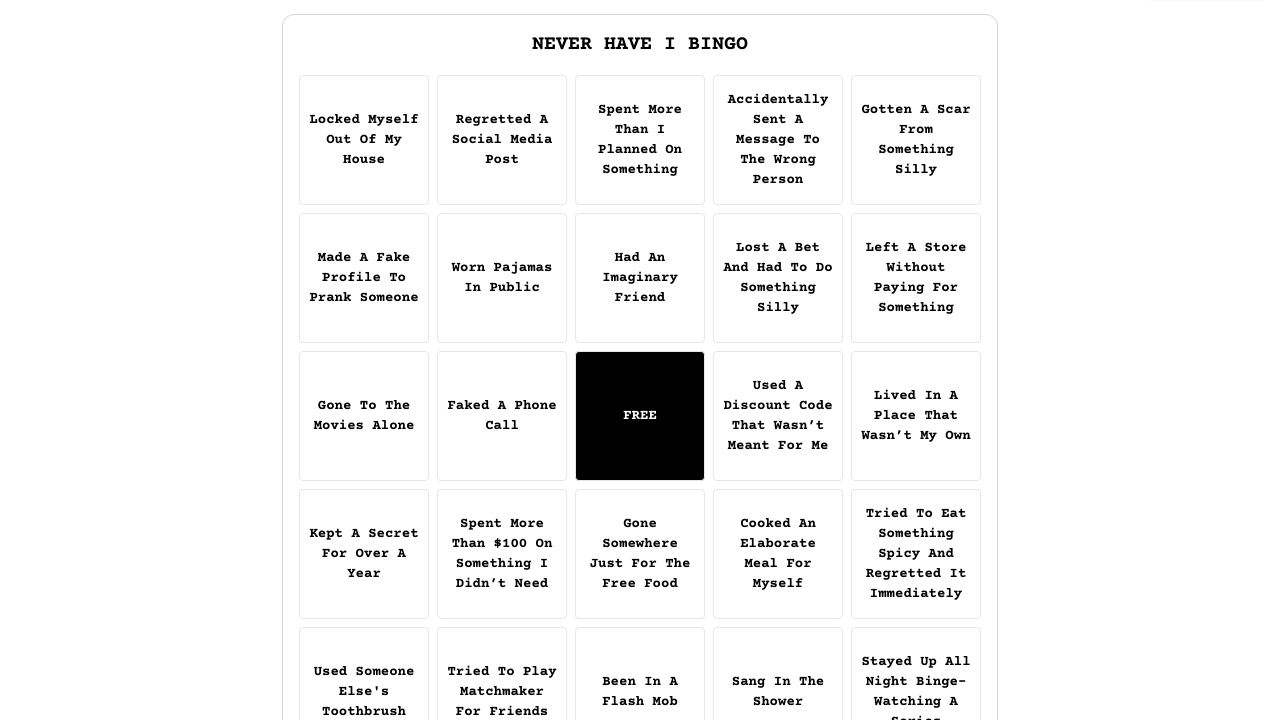
Repository: Jeysmeister/sensoryminds-bingo
Page: /
These files come from the project's save history. The page is drawn as it stood at one moment and after the next save; the edit follows.
The browser window is 1280 px wide. The pictures show the whole page.
The project was rebuilt for these pictures with package versions that can differ from the ones it lists, and the page was loaded fresh each time. The framework's server and built-in components were replaced by stand-ins that run in the browser. Also part of the build but not shown: next.config.ts.

Above is the page before, as saved 2024-11-12 18:08:11.

### app/layout.tsx
import type { Metadata } from "next";
import { Courier_Prime } from "next/font/google";
import "./globals.css";
import Header from "./components/Header";

export const metadata: Metadata = {
  title: "Never have I BINGO",
  description: "Sensory Minds Front-End Coding Challenge",
};

const courier = Courier_Prime({
  subsets: ["latin"],
  weight: ["400", "700"],
});

export default function RootLayout({
  children,
}: Readonly<{
  children: React.ReactNode;
}>) {
  return (
    <html lang="en">
      <body className={`${courier.className} antialiased`}>{children}</body>
    </html>
  );
}

### app/page.tsx
import { neverHaveIEverQuestions } from "@/data/questions";
import BingoCard from "./components/BingoCard";
import Header from "./components/Header";

export default function Home() {
  const getRandomQuestions = (count: number) => {
    const shuffled = [...neverHaveIEverQuestions].sort(() => 0.5 - Math.random());
    return shuffled.slice(0, count);
  };
  const questions = getRandomQuestions(24);
  return (
    <div className="flex w-screen overflow-hidden">
      {/* <div className="cursor-pointer">
        <div className="w-screen h-screen flex justify-center items-center text-white bg-black flex-col gap-4">
          <div className="text-xl font-bold">Welcome to</div> <div className="text-4xl font-bold">NEVER HAVE I BINGO</div>
          <div className="text-sm">(Click to continue...)</div>
        </div>
      </div> */}
      {/* <div className="cursor-pointer">
        <div className="w-screen h-screen flex justify-center items-center text-white bg-black flex-col gap-4">
          <div className="text-4xl font-extrabold">RULES</div>
          <div className="flex flex-col text-xl font-bold text-left w-[800px]">
            <div>1. Players must decide on the consequence when a player loses.</div>
            <div>2. Players must click on the boxes they've done.</div>
            <div>3. A player loses if they fill a row, column, or diagonal.</div>
            <div>4. All players that loses must do the consequence.</div>
            <div>5. After doing the consequence, players must click the restart button on the top right of the page.</div>
            <div>6. Have Fun!.</div>
          </div>
          <div className="text-sm">(Click to continue...)</div>
        </div>
      </div> */}
      <div className="w-screen h-screen flex flex-col justify-center items-center">
        <Header />
        <BingoCard questions={questions} />
      </div>
    </div>
  );
}

### data/questions.ts
export const neverHaveIEverQuestions = [
  "laughed so hard I snorted",
  "eaten a whole pizza by myself",
  "stayed up all night binge-watching a series",
  "danced in the rain",
  "tried to learn another language just to impress someone",
  "accidentally texted the wrong person",
  "pretended to know a celebrity",
  "had a nightmare about work or school",
  "played a prank on a teacher or boss",
  "gone skinny dipping",
  "gotten lost in an amusement park",
  "been on a blind date",
  "pretended to be on a cooking show while making food",
  "locked myself out of my house",
  "forgotten an important anniversary or birthday",
  "tried a weird food combination that I ended up loving",
  "cried during a movie",
  "played a video game all night",
  "forgotten someone's name right after meeting them",
  "laughed at a joke I didn't get",
  "sung karaoke in public",
  "cried at a wedding",
  "been the last one awake at a sleepover",
  "tried to start a fire without matches or a lighter",
  "accidentally sent a message to the wrong person",
  "made up an excuse to get out of a date",
  "accidentally walked into the wrong restroom",
  "gotten a tattoo I regretted",
  "pretended to like a gift I didn't like",
  "been on a roller coaster",
  "cried during a song",
  "fainted in public",
  "had my phone fall in water",
  "pretended to be sick to skip school or work",
  "done a backflip",
  "lied to my best friend",
  "been scared of clowns",
  "cried at a concert",
  "sang in the shower",
  "had a crush on a teacher",
  "broken a bone",
  "eaten food that was still frozen",
  "gotten stitches",
  "driven a car",
  "ridden a motorcycle",
  "been to a haunted house",
  "been on TV",
  "been afraid of the dark",
  "been stuck in an elevator",
  "lost my wallet",
  "cooked an elaborate meal for myself",
  "accidentally broken a friend's item and didn't tell them",
  "regretted a social media post",
  "missed a flight",
  "forgotten my passport while traveling",
  "made a mess and left it for someone else to clean",
  "skipped school or work for a road trip",
  "written a poem for someone",
  "fallen asleep on public transportation and missed my stop",
  "said 'you too' when a cashier said 'enjoy your meal'",
  "been told I look like a celebrity",
  "stayed up all night talking to someone",
  "gone to a costume party as myself",
  "bought something just for the packaging",
  "tried to do the splits",
  "put something back on the shelf after deciding not to buy it",
  "worn pajamas in public",
  "ordered an item of food just to take a picture of it",
  "walked into a glass door",
  "gone somewhere just for the free food",
  "tried a dance move from a music video",
  "lost something important and found it years later",
  "kept a plant alive for over a year",
  "given a fake name at a coffee shop",
  "forgotten where I parked my car",
  "forgotten my own phone number",
  "sent a text while angry that I regretted later",
  "watched an entire series in a single day",
  "had a song stuck in my head for days",
  "missed an important event because I overslept",
  "gotten sunburned so badly I peeled",
  "tried to ice skate and fallen",
  "been in a flash mob",
  "left a comment on a stranger's social media",
  "gone to the movies alone",
  "pretended to understand something I didn't",
  "stolen something small from a hotel",
  "broken a bone and not realized it immediately",
  "sent an email without proofreading it first",
  "taken a personality quiz online",
  "signed up for something I didn't want just for a freebie",
  "gotten a scar from something silly",
  "apologized to an object after bumping into it",
  "lost track of time while browsing the internet",
  "taken a selfie with a pet",
  "stayed in pajamas all day",
  "been seasick",
  "seen a ghost",
  "tried to play matchmaker for friends",
  "pretended I knew the words to a song",
  "kept a secret for over a year",
  "ate something weird just to prove I could",
  "looked up my own name on the internet",
  "changed my hairstyle on a whim",
  "put salt in coffee or tea by accident",
  "eaten a whole cake by myself",
  "watched a movie and fell asleep halfway through",
  "had an imaginary friend",
  "been to a concert",
  "eaten food that was past its expiration date",
  "accidentally called someone by the wrong name",
  "broken something expensive and blamed it on someone else",
  "spent more than $100 on something I didn’t need",
  "used someone else's toothbrush",
  "tried to eat something spicy and regretted it immediately",
  "posted something embarrassing online",
  "tried to flirt and failed miserably",
  "lied about my age",
  "been on a dating app",
  "used a fake ID",
  "faked being sick to avoid something",
  "lived in a place that wasn’t my own",
  "kept something from my childhood",
  "had a pet that wasn’t a dog or cat",
  "faked a phone call",
  "ate something because it was trendy",
  "thought I was going to die at some point",
  "slept through an alarm",
  "danced in front of a mirror",
  "sang in front of a mirror",
  "had a food fight",
  "tried to become friends with someone just because they were popular",
  "stalked someone on social media",
  "tried to break up with someone but didn’t",
  "had a crush on a fictional character",
  "joined a group just to get discounts",
  "told someone a secret and regretted it",
  "ate something I didn’t like to be polite",
  "cheated on a test",
  "used a burner phone",
  "felt awkward in a social setting",
  "kept a childhood toy",
  "threw a surprise party for someone",
  "accidentally walked into a room full of people while I was on a video call",
  "joined a club to meet new people",
  "went on a blind date",
  "helped a friend cheat on an exam",
  "had a weird pet",
  "forgotten to charge my phone",
  "called in sick to work when I wasn’t",
  "been caught stealing something",
  "tried to take a shortcut that ended up being longer",
  "left a store without paying for something",
  "made a fake profile to prank someone",
  "kept a really embarrassing thing secret from my family",
  "met someone famous",
  "slept through an important meeting",
  "had a crush on a teacher",
  "sang in public",
  "had a bad haircut and didn’t tell anyone",
  "used a dating app without success",
  "snuck into a movie",
  "made a prank phone call",
  "used someone’s Netflix account without permission",
  "went on a vacation alone",
  "used a discount code that wasn’t meant for me",
  "accidentally wore mismatched socks",
  "tried a weird life hack that didn’t work",
  "got scammed online",
  "eaten an entire chocolate bar in one sitting",
  "seen something creepy and didn’t tell anyone",
  "been told to be quiet in a library",
  "been to a theme park with friends",
  "gotten in trouble for something I didn’t do",
  "had a fashion disaster",
  "was a picky eater when I was younger",
  "accidentally liked an old photo on social media",
  "wore sunglasses inside",
  "stayed up late for no reason",
  "had an awkward family gathering",
  "been called out in a public place",
  "tried to impress someone and failed",
  "lost a bet and had to do something silly",
  "said something inappropriate in front of my parents",
  "been to a concert of a band I didn’t like",
  "laughed during a serious moment",
  "tried to sell something I didn’t need",
  "talked to someone only to realize I had met them before",
  "tried to skip a line and got caught",
  "ate food that was not prepared by me",
  "tried to fix something and made it worse",
  "was shocked by something that turned out to be a prank",
  "pretended to be asleep when someone walked in",
  "had a crush on someone for a long time without telling them",
  "spent too much money on coffee",
  "missed a major event because I overslept",
  "sent a message to the wrong person by accident",
  "accidentally made an embarrassing sound in public",
  "looked up how to do something but still couldn’t",
  "tried to impress someone with a talent I didn’t have",
  "tried a food that sounded good but tasted bad",
  "was caught talking to myself in public",
  "made a mess and didn’t clean it up",
  "was caught eavesdropping on a conversation",
  "spent more than I planned on something",
  "told someone I was busy when I wasn’t",
  "went somewhere just for the food",
  "tried to act cool but failed",
  "lost something and then found it in a place I looked earlier",
  "spent an entire day in my pajamas",
  "tried a DIY project and it turned out horrible",
  "pretended to be an expert at something",
  "laughed at a joke I didn’t understand",
  "accidentally sent a text with a typo to my boss",
  "talked to someone for a while only to realize they weren’t who I thought",
  "tried to speak another language and failed",
  "got caught in a lie",
  "accidentally said something inappropriate",
  "pretended to know how to drive but didn’t",
  "lost my phone and found it in the last place I looked",
  "ate something and immediately regretted it",
  "been surprised by a surprise party",
  "sung a song in the car like it was a concert",
  "pretended to be sick to avoid work",
  "had a pet that I wasn’t responsible for",
  "been on a reality TV show",
  "eaten a whole bag of chips in one sitting",
  "watched something on Netflix that was totally embarrassing",
  "forgotten to reply to a message for a week",
  "gotten lost and found my way by asking for directions",
  "been embarrassed by my own joke",
  "told a bad joke that no one laughed at",
  "forgotten my own birthday",
  "failed a simple task",
  "been caught stealing something small",
  "spied on someone without their knowledge",
  "drank coffee at midnight",
  "accidentally sent a selfie to the wrong person",
  "made a huge mistake at work",
  "accidentally dyed my hair a weird color",
  "acted like I knew something but didn’t",
  "forgotten where I put my phone",
  "told a fib that backfired",
  "shared a secret that wasn’t mine to share",
];

### app/components/BingoCard.tsx
"use client";

import { possibleWins } from "@/data/possibleWins";
import { useEffect, useState } from "react";
import BingoItem from "./BingoItem";
import { motion } from "framer-motion";

const container = {
  hidden: { opacity: 1, scale: 0 },
  visible: {
    opacity: 1,
    scale: 1,
    transition: {
      delayChildren: 0.3,
      staggerChildren: 0.2,
    },
  },
};

const child = {
  hidden: { y: 20, opacity: 0 },
  visible: {
    y: 0,
    opacity: 1,
  },
};

const BingoCard = ({ questions }: { questions: string[] }) => {
  const [marked, setMarked] = useState<number[]>([12]);
  const grid = [...questions.slice(0, 12), "FREE", ...questions.slice(12)];
  const checkForWin = (markedBoxes: number[]) => {
    return possibleWins.some((combination) => combination.every((index) => markedBoxes.includes(index)));
  };
  useEffect(() => {
    console.log(marked);
    const win = checkForWin(marked);
    if (win) {
      console.log("WINNER");
    }
  }, [marked]);

  return (
    <motion.div variants={container} initial="hidden" animate="visible" className="border border-gray-300 p-4 pt-0 rounded-xl">
      <div className="flex w-full justify-center items-center py-4 text-xl font-extrabold">NEVER HAVE I BINGO</div>
      <div className="max-w-[800px] max-h-[800px] grid grid-cols-5 gap-2">
        {grid.map((item, index) => (
          <motion.div variants={child}>
            <BingoItem key={index} index={index} item={item} marked={marked} setMarked={setMarked} />
          </motion.div>
        ))}
      </div>
    </motion.div>
  );
};

export default BingoCard;

### app/components/Header.tsx
import { Button } from "@/components/ui/button";

const Header = () => {
  return (
    <div className="p-4 w-screen flex justify-between items-center">
      <div className="text-xl">NEVER HAVE I BINGO</div>
      <Button className="font-extrabold">Next Round</Button>
    </div>
  );
};

export default Header;

### data/possibleWins.ts
export const possibleWins = [
  // Rows
  [0, 1, 2, 3, 4], // Row 1
  [5, 6, 7, 8, 9], // Row 2
  [10, 11, 12, 13, 14], // Row 3
  [15, 16, 17, 18, 19], // Row 4
  [20, 21, 22, 23, 24], // Row 5

  // Columns
  [0, 5, 10, 15, 20], // Column 1
  [1, 6, 11, 16, 21], // Column 2
  [2, 7, 12, 17, 22], // Column 3
  [3, 8, 13, 18, 23], // Column 4
  [4, 9, 14, 19, 24], // Column 5

  // Diagonals
  [0, 6, 12, 18, 24], // Diagonal 1
  [4, 8, 12, 16, 20], // Diagonal 2
];

### app/components/BingoItem.tsx
"use client";

import { useState } from "react";
import { motion } from "framer-motion";

const BingoItem = ({ index, item, marked, setMarked }: { index: number; item: string; marked: number[]; setMarked: (value: number[]) => void }) => {
  const [active, setActive] = useState(item === "FREE" ? true : false);
  const handleClick = (index: number) => {
    if (item !== "FREE") {
      const newActive = !active;
      if (newActive) {
        setActive(newActive);
        setMarked([...marked, index]);
      } else {
        setActive(newActive);
        const indexOfItem = marked.indexOf(index);
        setMarked([...marked.splice(0, indexOfItem), ...marked.splice(indexOfItem)]);
      }
    }
  };
  return (
    <motion.div
      initial={{ backgroundColor: "#ffffff" }}
      animate={{
        backgroundColor: active ? "#000000" : "#ffffff",
      }}
      transition={{ duration: 0.5 }}
      key={index}
      className={`relative flex items-center justify-center p-2 h-[130px] w-[130px] border border-gray-200 rounded ${active ? "bg-black text-white" : "bg-white text-black"} cursor-pointer`}
      onClick={() => handleClick(index)}
    >
      <p className="text-center text-sm font-extrabold capitalize">{item}</p>
    </motion.div>
  );
};

export default BingoItem;

### components/ui/button.tsx
import * as React from "react"
import { Slot } from "@radix-ui/react-slot"
import { cva, type VariantProps } from "class-variance-authority"

import { cn } from "@/lib/utils"

const buttonVariants = cva(
  "inline-flex items-center justify-center gap-2 whitespace-nowrap rounded-md text-sm font-medium transition-colors focus-visible:outline-none focus-visible:ring-1 focus-visible:ring-ring disabled:pointer-events-none disabled:opacity-50 [&_svg]:pointer-events-none [&_svg]:size-4 [&_svg]:shrink-0",
  {
    variants: {
      variant: {
        default:
          "bg-primary text-primary-foreground shadow hover:bg-primary/90",
        destructive:
          "bg-destructive text-destructive-foreground shadow-sm hover:bg-destructive/90",
        outline:
          "border border-input bg-background shadow-sm hover:bg-accent hover:text-accent-foreground",
        secondary:
          "bg-secondary text-secondary-foreground shadow-sm hover:bg-secondary/80",
        ghost: "hover:bg-accent hover:text-accent-foreground",
        link: "text-primary underline-offset-4 hover:underline",
      },
      size: {
        default: "h-9 px-4 py-2",
        sm: "h-8 rounded-md px-3 text-xs",
        lg: "h-10 rounded-md px-8",
        icon: "h-9 w-9",
      },
    },
    defaultVariants: {
      variant: "default",
      size: "default",
    },
  }
)

export interface ButtonProps
  extends React.ButtonHTMLAttributes<HTMLButtonElement>,
    VariantProps<typeof buttonVariants> {
  asChild?: boolean
}

const Button = React.forwardRef<HTMLButtonElement, ButtonProps>(
  ({ className, variant, size, asChild = false, ...props }, ref) => {
    const Comp = asChild ? Slot : "button"
    return (
      <Comp
        className={cn(buttonVariants({ variant, size, className }))}
        ref={ref}
        {...props}
      />
    )
  }
)
Button.displayName = "Button"

export { Button, buttonVariants }

Loaded but not shown: app/globals.css (common file); lib/utils.ts (common file); tailwind.config.ts (common file)

After the next save:
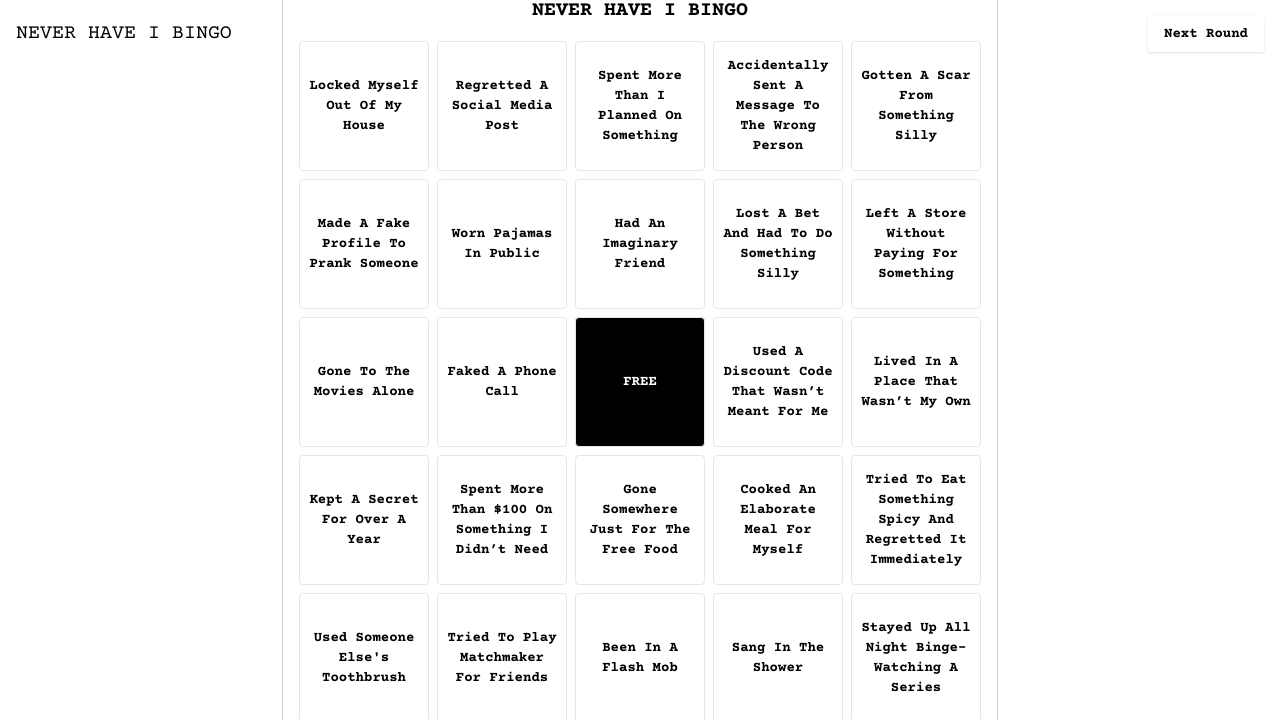
Saved 39 s later.
--- a/app/components/Header.tsx
+++ b/app/components/Header.tsx
@@ -2,7 +2,7 @@ import { Button } from "@/components/ui/button";
 
 const Header = () => {
   return (
-    <div className="p-4 w-screen flex justify-between items-center">
+    <div className="p-4 w-screen absolute top-0  flex justify-between items-center">
       <div className="text-xl">NEVER HAVE I BINGO</div>
       <Button className="font-extrabold">Next Round</Button>
     </div>
